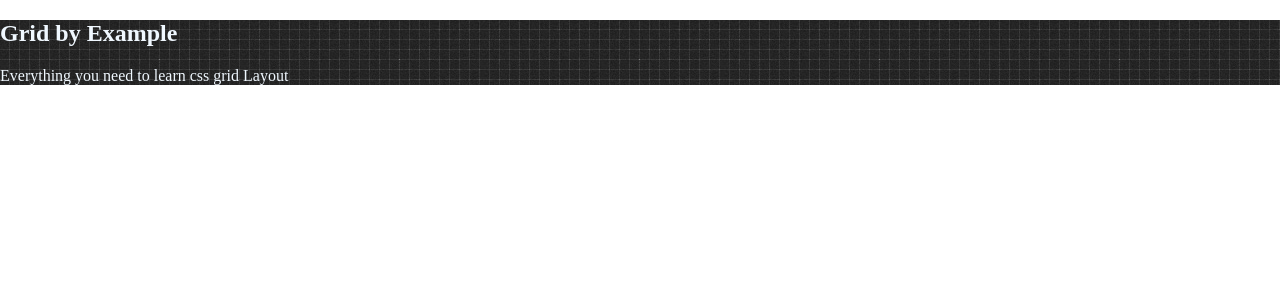
Repository: sitikhusushan/grid
Page: index.html
These files come from the project's save history. The page is drawn as it stood at one moment and after the next save; the edit follows.
The browser window is 1280 px wide. The pictures show the whole page.

Above is the page before, as saved 2020-05-12 11:04:09.

### index.html
<!DOCTYPE html>
<html lang="en">
  <head>
    <meta charset="UTF-8" />
    <meta name="viewport" content="width=device-width, initial-scale=1.0" />
    <title>Grid View</title>
    <link rel="stylesheet" href="style.css" />
  </head>
  <body>
    <div class="header">
      <div class="container">
        <h2>Grid by Example</h2>
        <p>Everything you need to learn css grid Layout</p>
      </div>
    </div>
  </body>
</html>

### style.css
body {
  padding: 0px;
  margin: 0px;
}

.header {
  background-image: url("image/inflicted.png");
  color: aliceblue;
}

After the next save:
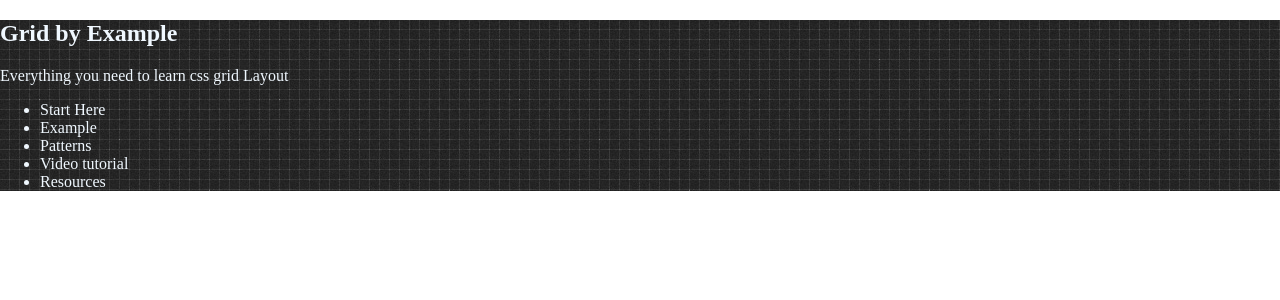
Saved 2 min 0 s later.
--- a/index.html
+++ b/index.html
@@ -11,6 +11,13 @@
       <div class="container">
         <h2>Grid by Example</h2>
         <p>Everything you need to learn css grid Layout</p>
+        <ul>
+          <li>Start Here</li>
+          <li>Example</li>
+          <li>Patterns</li>
+          <li>Video tutorial</li>
+          <li>Resources</li>
+        </ul>
       </div>
     </div>
   </body>
